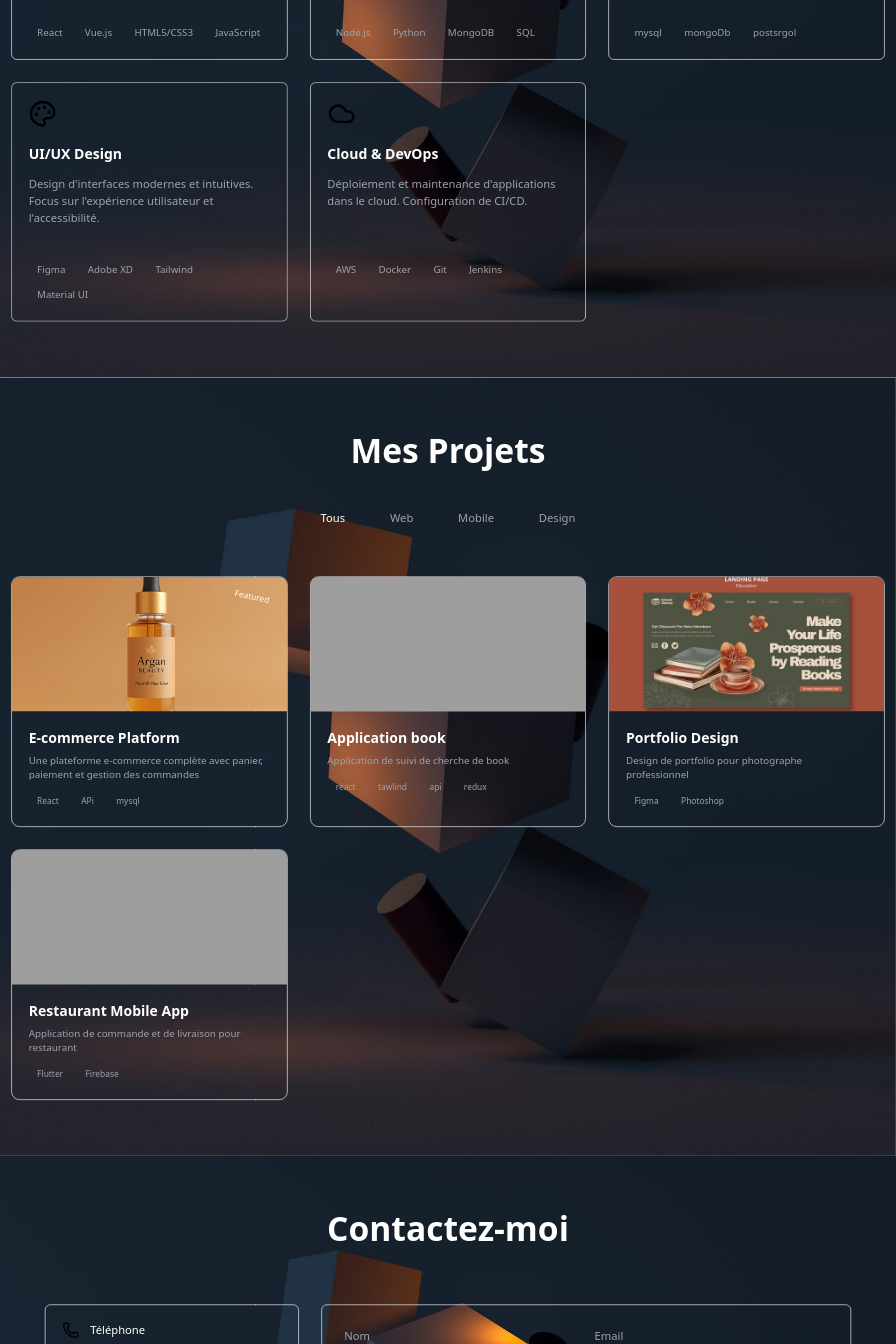
Repository: chouaiboo/cv-app
Page: /
An editor plug-in stored every save of this project. The page is shown before and after the next save, followed by the edit.
The browser window is 1280 px wide. The pictures show the part of the page from y = 1168 to 3088 px (the page is 3622 px tall), at 70% of full size.
Pictures or frames that could not be fetched are drawn as grey boxes. The project was rebuilt for these pictures with package versions that can differ from the ones it lists, and the page was loaded fresh each time. Some packages were replaced by stand-ins written for this rebuild.

Above is the page before, as saved 2025-01-10 16:57:39.

### public/index.html
<!DOCTYPE html>
<html lang="en">
  <head>
    <meta charset="utf-8" />
    <link rel="icon" href="%PUBLIC_URL%/favicon.ico" />
    <meta name="viewport" content="width=device-width, initial-scale=1" />
    <meta name="theme-color" content="#000000" />
    <meta
      name="description"
      content="Web site created using create-react-app"
    />
    <link rel="apple-touch-icon" href="%PUBLIC_URL%/logo192.png" />
    <link rel="stylesheet" href="index.css">
    <link href="https://cdn.jsdelivr.net/npm/tailwindcss@2.2.19/dist/tailwind.min.css" rel="stylesheet">

    <!--
      manifest.json provides metadata used when your web app is installed on a
      user's mobile device or desktop. See https://developers.google.com/web/fundamentals/web-app-manifest/
    -->
    <link rel="manifest" href="%PUBLIC_URL%/manifest.json" />
    <!--
      Notice the use of %PUBLIC_URL% in the tags above.
      It will be replaced with the URL of the `public` folder during the build.
      Only files inside the `public` folder can be referenced from the HTML.

      Unlike "/favicon.ico" or "favicon.ico", "%PUBLIC_URL%/favicon.ico" will
      work correctly both with client-side routing and a non-root public URL.
      Learn how to configure a non-root public URL by running `npm run build`.
    -->
    <title>React App</title>
  </head>
  <body>
    <noscript>You need to enable JavaScript to run this app.</noscript>
    <div id="root"></div>
    <!--
      This HTML file is a template.
      If you open it directly in the browser, you will see an empty page.

      You can add webfonts, meta tags, or analytics to this file.
      The build step will place the bundled scripts into the <body> tag.

      To begin the development, run `npm start` or `yarn start`.
      To create a production bundle, use `npm run build` or `yarn build`.
    -->
  </body>
</html>

### src/Compenents/header/Header.jsx
import React, { useState, useEffect } from 'react';
import { Menu, X } from 'lucide-react';

const Header = () => {
  const [isMenuOpen, setIsMenuOpen] = useState(false);
  const [scrolled, setScrolled] = useState(false);

  useEffect(() => {
    const handleScroll = () => {
      setScrolled(window.scrollY > 50);
    };
    window.addEventListener('scroll', handleScroll);
    return () => window.removeEventListener('scroll', handleScroll);
  }, []);

  const menuItems = [
    { title: '// home', href: '#home' },
    { title: '// expertise', href: '#expertise' },
    { title: '// work', href: '#work' },
    { title: '// experience', href: '#experience' },
    { title: '// contact', href: '#contact' }
  ];

  return (
    <header className={`fixed w-full top-0 z-50 transition-all duration-300 ${
      scrolled ? 'bg-[#1A1E23]/90' : 'bg-[#1A1E23]'
    }`}>
      {/* Effet de grille subtile */}
      <div className="absolute inset-0 bg-[linear-gradient(45deg,transparent_25%,rgba(0,0,0,0.2)_50%,transparent_75%)] bg-[length:10px_10px] animate-grain"></div>

      {/* Bordure subtile */}
      <div className="absolute bottom-0 left-0 right-0 h-[1px] bg-gradient-to-r from-transparent via-[#4FD1C5]/20 to-transparent"></div>

      <nav className="container mx-auto px-4 py-4 relative">
        <div className="flex items-center justify-between">
          {/* Logo */}
          <a href="#home" className="text-xl font-mono group">
  <span className="text-blue-500 hover:text-blue-700 transition-colors duration-300">
    ChouaibElhaddad._
  </span>
  <div className="absolute -bottom-1 left-0 w-full h-0.5 bg-gradient-to-r from-[#4FD1C5] to-[#4FD1C5]/50 transform scale-x-0 group-hover:scale-x-100 transition-transform duration-500 ease-out"></div>
</a>

          {/* Menu Desktop */}
          <div className="hidden md:flex space-x-8 items-center">
            {menuItems.map((item) => (
              <a
                key={item.title}
                href={item.href}
                className="relative group py-2"
              >
                <span className="text-gray-400 font-mono text-sm hover:text-white transition-all duration-300 ease-out">
                  {item.title}
                </span>
                <span className="absolute -bottom-1 left-0 w-full h-0.5 bg-[#4FD1C5]/50 transform scale-x-0 group-hover:scale-x-100 transition-transform duration-300 ease-out"></span>
              </a>
            ))}
          </div>

          {/* Bouton Menu Mobile */}
          <button
            className="md:hidden text-gray-400 hover:text-white transition-colors duration-300"
            onClick={() => setIsMenuOpen(!isMenuOpen)}
            aria-label="Toggle menu"
          >
            {isMenuOpen ? (
              <X className="w-6 h-6" />
            ) : (
              <Menu className="w-6 h-6" />
            )}
          </button>
        </div>

        {/* Menu Mobile */}
        <div className={`md:hidden transition-all duration-300 ${
          isMenuOpen ? 'opacity-100 translate-y-0' : 'opacity-0 -translate-y-4 pointer-events-none'
        }`}>
          <div className="mt-4 bg-[#1A1E23]/95 backdrop-blur-sm rounded-lg border border-[#4FD1C5]/10">
            <div className="flex flex-col space-y-4 p-4">
              {menuItems.map((item) => (
                <a
                  key={item.title}
                  href={item.href}
                  className="text-gray-400 hover:text-white transition-colors duration-300 font-mono text-sm"
                  onClick={() => setIsMenuOpen(false)}
                >
                  <span>{item.title}</span>
                </a>
              ))}
            </div>
          </div>
        </div>
      </nav>
    </header>
  );
};

export default Header;

### src/Compenents/home/Home.jsx
import React, { useState, useEffect } from 'react';
import { Code, Smartphone } from 'lucide-react';
import image from '../../image/theme.jpg'

export default function Home() {
  const [mousePosition, setMousePosition] = useState({ x: 0, y: 0 });
  const [scrollPosition, setScrollPosition] = useState(0);

  useEffect(() => {
    const handleMouseMove = (e) => {
      setMousePosition({ x: e.clientX, y: e.clientY });
    };

    const handleScroll = () => {
      setScrollPosition(window.scrollY);
    };

    window.addEventListener('mousemove', handleMouseMove);
    window.addEventListener('scroll', handleScroll);

    return () => {
      window.removeEventListener('mousemove', handleMouseMove);
      window.removeEventListener('scroll', handleScroll);
    };
  }, []);

  return (
    <div id='home' className="relative min-h-screen bg-gradient-to-b from-slate-900 to-slate-800 overflow-hidden">
     <img src={image} alt="" srcset="" />
      {[...Array(20)].map((_, i) => (
        <div
          key={i}
          className="absolute w-2 h-2 bg-white rounded-full opacity-20 animate-pulse"
          style={{
            left: `${Math.random() * 100}%`,
            top: `${Math.random() * 100}%`,
            animationDelay: `${Math.random() * 2}s`,
            transform: `translate(${(mousePosition.x - window.innerWidth/2) * 0.02}px, ${(mousePosition.y - window.innerHeight/2) * 0.02}px)`
          }}
        />
      ))}

      {/* Animated decorative elements */}
      <div className="absolute top-1/2 right-1/4 transform rotate-45 z-10 transition-transform duration-500 hover:scale-110">
        <div className="w-40 h-40 bg-orange-500 opacity-80 animate-spin-slow"></div>
      </div>

      <div className="absolute top-1/3 right-1/3 z-10">
        <div className="w-16 h-16 rounded-full bg-gradient-to-r from-orange-300 to-orange-400 blur-sm animate-bounce"></div>
      </div>

      {/* Interactive sun that follows mouse */}
      <div
        className="absolute z-30 transition-all duration-300 ease-out"
        style={{
          top: '25%',
          left: '50%',
          transform: `translate(${(mousePosition.x - window.innerWidth/2) * 0.05}px, ${(mousePosition.y - window.innerHeight/2) * 0.05}px)`,
        }}
      >
        <div className="w-32 h-32 rounded-full bg-gradient-to-r from-yellow-400 to-orange-500 animate-pulse shadow-lg shadow-yellow-500/50"></div>
      </div>

      {/* Main content with parallax effect */}
      <div
        className="absolute top-1/2 left-1/2 transform -translate-x-1/2 -translate-y-1/2 z-20 text-center"
        style={{
          transform: `translate(-50%, calc(-50% + ${scrollPosition * 0.5}px))`,
        }}
      >
        <h1 className="text-6xl md:text-8xl font-bold text-transparent bg-clip-text bg-gradient-to-r from-white to-orange-400 animate-gradient">
          CHOUAIB ELHADDAD
        </h1>

        <div className="flex items-center justify-center gap-6 mt-8">
          <Code className="w-8 h-8 text-orange-400" />
          <h2 className="text-3xl md:text-4xl font-medium text-white">
            FULL STACK DEVELOPER
          </h2>
          <Smartphone className="w-8 h-8 text-orange-400" />
        </div>

        {/* Animated skills indicators */}
        <div className="mt-12 flex gap-4 justify-center">
          {['React', 'Node.js', 'web', 'UI/UX','3d'].map((skill, index) => (
            <div
              key={skill}
              className="px-4 py-2 bg-slate-800/50 rounded-full text-white border border-orange-400/30 hover:border-orange-400 transition-all duration-300"
              style={{
                animation: `fadeInUp 0.5s ease-out ${index * 0.1}s forwards`,
                opacity: 0,
                transform: 'translateY(20px)',
              }}
            >
              {skill}
            </div>
          ))}
        </div>
      </div>

      {/* Add some style for animations */}
      <style jsx>{`
        @keyframes fadeInUp {
          to {
            opacity: 1;
            transform: translateY(0);
          }
        }
        @keyframes spin-slow {
          from {
            transform: rotate(0deg);
          }
          to {
            transform: rotate(360deg);
          }
        }
        .animate-spin-slow {
          animation: spin-slow 20s linear infinite;
        }
        .animate-gradient {
          background-size: 200% 200%;
          animation: gradient 8s ease infinite;
        }
        @keyframes gradient {
          0% {
            background-position: 0% 50%;
          }
          50% {
            background-position: 100% 50%;
          }
          100% {
            background-position: 0% 50%;
          }
        }
      `}</style>
    </div>
  );
}

### src/Compenents/expertise/Expertise.jsx
import React from 'react';
import { Code, Database, Smartphone, Palette, Cloud } from 'lucide-react';
import image from '../../image/theme.jpg'

export default function ExpertiseSection() {
  const expertiseCards = [
    {
      title: "Frontend Development",
      icon: <Code className="w-10 h-10" />,
      description: "Expert en React.js, Next.js et frameworks modernes. Création d'interfaces utilisateur réactives et performantes.",
      technologies: ["React", "Vue.js", "HTML5/CSS3", "JavaScript"]
    },
    {
      title: "Backend Development",
      icon: <Database className="w-10 h-10" />,
      description: "Développement de serveurs robustes et APIs RESTful. Gestion efficace des bases de données.",
      technologies: ["Node.js", "Python", "MongoDB", "SQL"]
    },
    {
      title: "Data base",
      icon: <Smartphone className="w-10 h-10" />,
      description: "Création d'applications mobiles natives et cross-platform avec les dernières technologies.",
      technologies: ["mysql", "mongoDb", "postsrgol"]
    },
    {
      title: "UI/UX Design",
      icon: <Palette className="w-10 h-10" />,
      description: "Design d'interfaces modernes et intuitives. Focus sur l'expérience utilisateur et l'accessibilité.",
      technologies: ["Figma", "Adobe XD", "Tailwind", "Material UI"]
    },
    {
      title: "Cloud & DevOps",
      icon: <Cloud className="w-10 h-10" />,
      description: "Déploiement et maintenance d'applications dans le cloud. Configuration de CI/CD.",
      technologies: ["AWS", "Docker", "Git", "Jenkins"]
    }
  ];

  return (
    <div className="relative min-h-screen bg-[#1B202A]" id="expertise">
      <img
        src={image}
        alt="Background theme"
        className="w-full h-full object-cover absolute inset-0"
      />

      <div className="absolute inset-0 bg-gradient-to-b from-black/70 to-[#1B202A]/90"></div>

      <div className="absolute inset-0 opacity-5">
        {[...Array(50)].map((_, i) => (
          <div
            key={i}
            className="absolute w-1 h-1 bg-orange-400 rounded-full"
            style={{
              left: `${Math.random() * 100}%`,
              top: `${Math.random() * 100}%`,
              animation: `twinkle ${Math.random() * 3 + 2}s ease-in-out infinite`,
            }}
          />
        ))}
      </div>

      <div className="relative container mx-auto px-4 py-20">
        <div className="text-center mb-20">
          <h2 className="text-4xl md:text-5xl font-bold text-white mb-4">
            Mes Expertises
          </h2>
          <div className="w-20 h-1 bg-orange-400 mx-auto"></div>
        </div>

        <div className="grid grid-cols-1 md:grid-cols-2 lg:grid-cols-3 gap-8">
          {expertiseCards.map((card, index) => (
            <div
              key={index}
              className="group bg-[#252A34]/80 backdrop-blur-sm rounded-lg p-6
                         transition-all duration-500 ease-in-out
                         hover:bg-[#252A34] hover:shadow-xl hover:shadow-orange-500/20
                         hover:scale-105 hover:-translate-y-2
                         border border-gray-700/30 hover:border-orange-500/50"
              style={{
                animation: `fadeInUp 0.5s ease-out ${index * 0.1}s forwards`,
                opacity: 0,
              }}
            >
              <div className="text-orange-400 mb-6 transform transition-all duration-500
                            group-hover:scale-110 group-hover:rotate-6">
                {card.icon}
              </div>

              <h3 className="text-xl font-bold text-white mb-4 transition-colors duration-300
                           group-hover:text-orange-400">
                {card.title}
              </h3>

              <p className="text-gray-400 mb-6 h-24 transition-colors duration-300
                          group-hover:text-gray-300">
                {card.description}
              </p>

              <div className="flex flex-wrap gap-2">
                {card.technologies.map((tech, i) => (
                  <span
                    key={i}
                    className="px-3 py-1 text-sm bg-[#1B202A] text-gray-400 rounded-full
                             transition-all duration-300 hover:bg-orange-500/10
                             hover:text-orange-400 transform hover:scale-105"
                  >
                    {tech}
                  </span>
                ))}
              </div>
            </div>
          ))}
        </div>
      </div>

      <style jsx>{`
        @keyframes fadeInUp {
          from {
            opacity: 0;
            transform: translateY(20px);
          }
          to {
            opacity: 1;
            transform: translateY(0);
          }
        }
        @keyframes twinkle {
          0%, 100% {
            opacity: 0.1;
          }
          50% {
            opacity: 0.5;
          }
        }
      `}</style>
    </div>
  );
}

### src/Compenents/work/Work.jsx
import React, { useState } from 'react';
import { ExternalLink, Github } from 'lucide-react';
import image from '../../image/theme.jpg';
import Argane from '../../image/argan.jpg';
import Book from '../../image/book.jpg'

export default function WorkSection() {
  const [selectedCategory, setSelectedCategory] = useState('all');

  const categories = [
    { id: 'all', name: 'Tous' },
    { id: 'web', name: 'Web' },
    { id: 'mobile', name: 'Mobile' },
    { id: 'design', name: 'Design' }
  ];

  const projects = [
    {
      title: "E-commerce Platform",
      description: "Une plateforme e-commerce complète avec panier, paiement et gestion des commandes",
      image: Argane,
      category: "web",
      technologies: ["React", "APi", "mysql"],
      githubLink: "https://github.com/chouaiboo/ecomerce",
      featured: true
    },
    {
      title: "Application book",
      description: "Application de suivi de cherche de book",
      image: "/api/placeholder/600/400",
      category: "mobile",
      technologies: ["react", "tawlind","api","redux"],
      demoLink: "https://demo.example.com",
      githubLink: "https://github.com/example"
    },

    {
      title: "Portfolio Design",
      description: "Design de portfolio pour photographe professionnel",
      image: Book,
      category: "design",
      technologies: ["Figma", "Photoshop"],
      demoLink: "https://demo.example.com"
    },

    {
      title: "Restaurant Mobile App",
      description: "Application de commande et de livraison pour restaurant",
      image: "/api/placeholder/600/400",
      category: "mobile",
      technologies: ["Flutter", "Firebase"],
      demoLink: "https://demo.example.com",
      githubLink: "https://github.com/example"
    }
  ];

  const filteredProjects = selectedCategory === 'all'
    ? projects
    : projects.filter(project => project.category === selectedCategory);

  return (
    <div className="relative min-h-screen bg-[#1B202A]" id="work">
      {/* Image d'arrière-plan */}
      <img
        src={image}
        alt="Background theme"
        className="w-full h-full object-cover absolute inset-0"
      />

      {/* Overlay pour opacité */}
      <div className="absolute inset-0 bg-gradient-to-b from-black/70 to-[#1B202A]/90"></div>

      {/* Étoiles animées */}
      <div className="absolute inset-0 opacity-5">
        {[...Array(50)].map((_, i) => (
          <div
            key={i}
            className="absolute w-1 h-1 bg-orange-400 rounded-full"
            style={{
              left: `${Math.random() * 100}%`,
              top: `${Math.random() * 100}%`,
              animation: `twinkle ${Math.random() * 3 + 2}s ease-in-out infinite`,
            }}
          />
        ))}
      </div>

      {/* Contenu principal */}
      <div className="relative container mx-auto px-4 py-20">
        {/* Section Header */}
        <div className="text-center mb-16">
          <h2 className="text-4xl md:text-5xl font-bold text-white mb-4">
            Mes Projets
          </h2>
          <div className="w-20 h-1 bg-orange-400 mx-auto mb-8"></div>

          {/* Category Filter */}
          <div className="flex flex-wrap justify-center gap-4 mb-12">
            {categories.map(category => (
              <button
                key={category.id}
                onClick={() => setSelectedCategory(category.id)}
                className={`px-6 py-2 rounded-full transition-all duration-300
                  ${selectedCategory === category.id
                    ? 'bg-orange-400 text-white'
                    : 'bg-gray-800/50 text-gray-400 hover:bg-gray-700/50'}`}
              >
                {category.name}
              </button>
            ))}
          </div>
        </div>

        {/* Projects Grid */}
        <div className="grid grid-cols-1 md:grid-cols-2 lg:grid-cols-3 gap-8">
          {filteredProjects.map((project, index) => (
            <div
              key={index}
              className="group relative bg-[#252A34]/80 backdrop-blur-sm rounded-xl overflow-hidden
                       transform transition-all duration-500 hover:scale-105
                       border border-gray-700/30 hover:border-orange-500/50"
            >
              {/* Project Image */}
              <div className="relative h-48 overflow-hidden">
                <img
                  src={project.image}
                  alt={project.title}
                  className="w-full h-full object-cover transition-transform duration-500
                           group-hover:scale-110"
                />
                <div className="absolute inset-0 bg-black/50 opacity-0 group-hover:opacity-100
                              transition-opacity duration-300 flex items-center justify-center gap-4">
                  {project.githubLink && (
                    <a
                      href={project.githubLink}
                      target="_blank"
                      rel="noopener noreferrer"
                      className="p-2 bg-white/10 rounded-full hover:bg-white/20 transition-colors"
                    >
                      <Github className="w-6 h-6 text-white" />
                    </a>
                  )}
                  <a
                    href={project.demoLink}
                    target="_blank"
                    rel="noopener noreferrer"
                    className="p-2 bg-white/10 rounded-full hover:bg-white/20 transition-colors"
                  >
                    <ExternalLink className="w-6 h-6 text-white" />
                  </a>
                </div>
              </div>

              {/* Project Info */}
              <div className="p-6">
                <h3 className="text-xl font-bold text-white mb-2 group-hover:text-orange-400
                             transition-colors duration-300">
                  {project.title}
                </h3>
                <p className="text-gray-400 mb-4 text-sm">
                  {project.description}
                </p>
                <div className="flex flex-wrap gap-2">
                  {project.technologies.map((tech, i) => (
                    <span
                      key={i}
                      className="px-3 py-1 text-xs bg-[#1B202A]/50 text-gray-400 rounded-full
                               hover:bg-orange-500/10 hover:text-orange-400
                               transition-colors duration-300"
                    >
                      {tech}
                    </span>
                  ))}
                </div>
              </div>

              {/* Featured Badge */}
              {project.featured && (
                <div className="absolute top-4 right-4 bg-orange-400 text-white text-xs px-2 py-1
                              rounded-full transform rotate-12">
                  Featured
                </div>
              )}
            </div>
          ))}
        </div>
      </div>

      {/* Animations */}
      <style jsx>{`
        @keyframes twinkle {
          0%, 100% {
            opacity: 0.1;
          }
          50% {
            opacity: 0.5;
          }
        }
      `}</style>
    </div>
  );
}

Loaded but not shown: src/index.js (common file); src/reportWebVitals.js (common file); public/index.css (common file); src/App.js (22 lines, source omitted); src/Compenents/work/Contact/Contact.jsx (228 lines, source omitted)

After the next save:
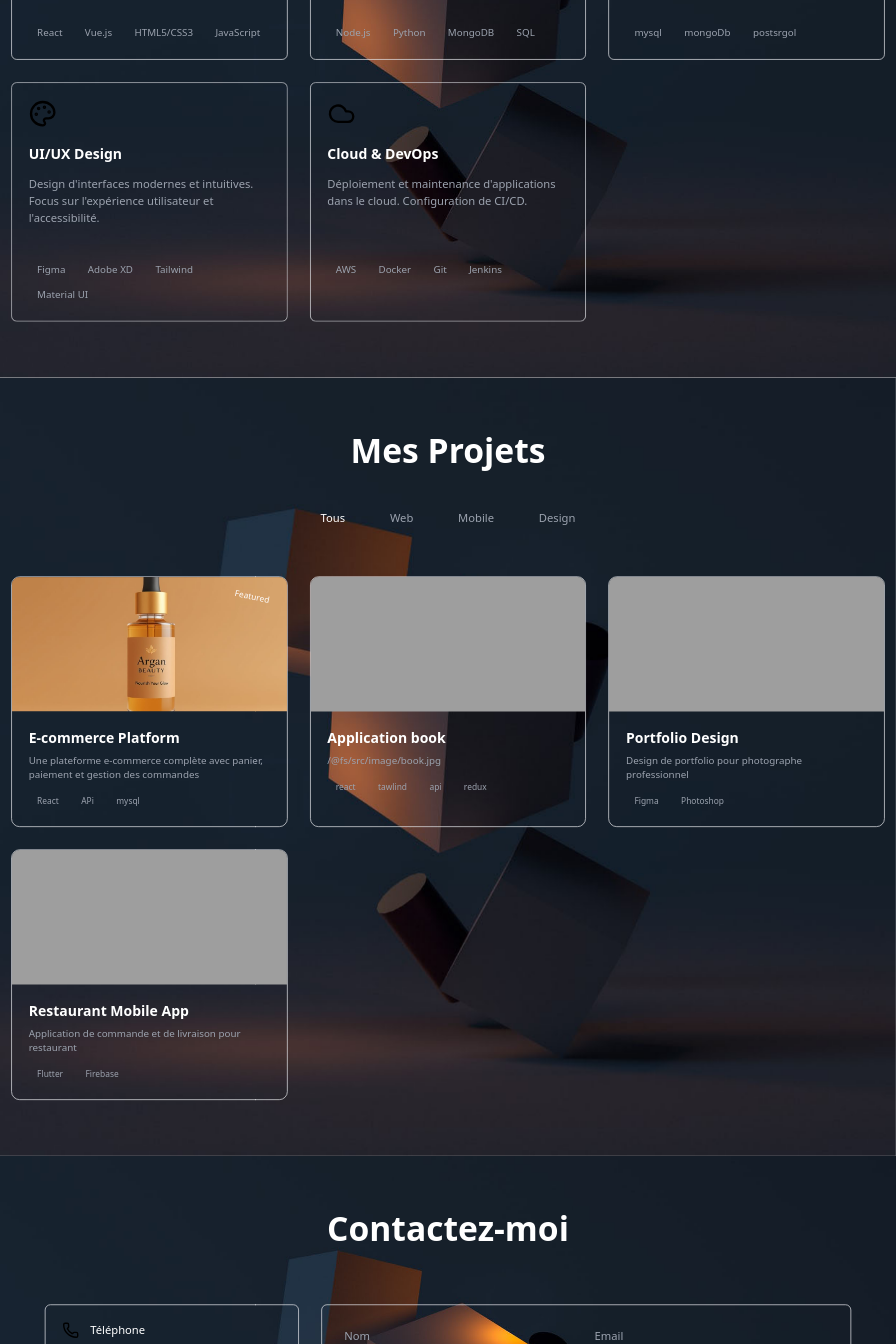
Saved 21 s later.
--- a/src/Compenents/work/Work.jsx
+++ b/src/Compenents/work/Work.jsx
@@ -26,7 +26,7 @@
     },
     {
       title: "Application book",
-      description: "Application de suivi de cherche de book",
+      description: Book,
       image: "/api/placeholder/600/400",
       category: "mobile",
       technologies: ["react", "tawlind","api","redux"],
@@ -37,7 +37,7 @@
     {
       title: "Portfolio Design",
       description: "Design de portfolio pour photographe professionnel",
-      image: Book,
+      image: "/api/placeholder/600/400",
       category: "design",
       technologies: ["Figma", "Photoshop"],
       demoLink: "https://demo.example.com"
